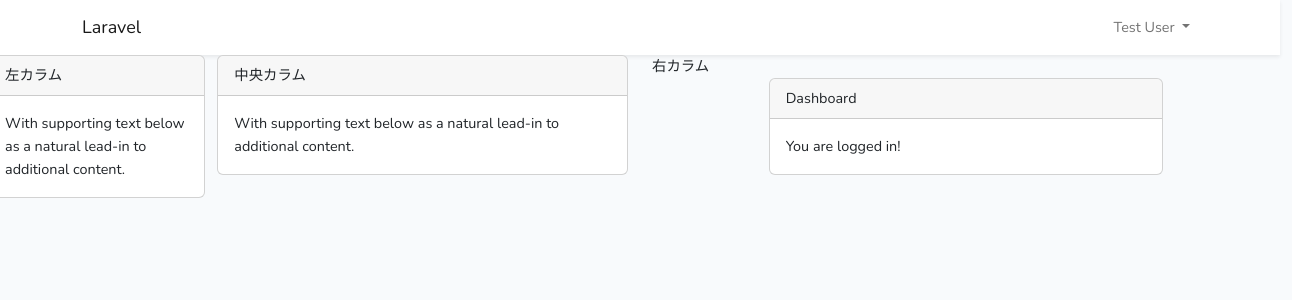
Repository: OkunoTaichi/laravel-simple-memo
Page: http://localhost/home
The author's editor kept a copy of each file at every save. The page is drawn from the files as they stood at one save, then again after the next save.
The browser window is 1280 px wide. The page is 1292 px wide, so the pictures cover 1292 px, including what lies to the right of the window. The pictures show the whole page.
The page is served by the project's Laravel application, run on PHP 8.4 with Laravel 8. A made-up administrator, Test User (test@example.com), is signed in. Other server files are loaded and not shown. Queries for data that is not in the repository find no rows.

Above is the page before, as saved 2022-11-09 18:47:04.

### app/Providers/AppServiceProvider.php
<?php

namespace App\Providers;

use Illuminate\Support\ServiceProvider;
use App\Models\Memo;

class AppServiceProvider extends ServiceProvider
{
    /**
     * Register any application services.
     *
     * @return void
     */
    public function register()
    {
        //
    }

    /**
     * Bootstrap any application services.
     *
     * @return void
     */
    public function boot()
    {
        // 全てのメソッドが呼ばれる前より先に呼ばれるメソッド
        view()->composer('*' , function($view){
            $memos = Memo::select('memos.*')
                ->where('user_id', '=' , \Auth::id())//ユーザーIDとログインしているIDが同じもので
                ->whereNull('deleted_at')//デリートの履歴がないもので
                ->orderBy('updated_at', 'DESC')//アップデートされた日時が新しいものから
                ->get();// DBに架空のデータを作成し、上記の項目が正しくできているか確認する。

            $view->with('memos', $memos);
        });

    }
}

### resources/views/layouts/app.blade.php
<!doctype html>
<html lang="{{ str_replace('_', '-', app()->getLocale()) }}">
<head>
    <meta charset="utf-8">
    <meta name="viewport" content="width=device-width, initial-scale=1">

    <!-- CSRF Token -->
    <meta name="csrf-token" content="{{ csrf_token() }}">

    <title>{{ config('app.name', 'Laravel') }}</title>

    <!-- Scripts -->
    <script src="{{ asset('js/app.js') }}" defer></script>

    <!-- Fonts -->
    <link rel="dns-prefetch" href="//fonts.gstatic.com">
    <link href="https://fonts.googleapis.com/css?family=Nunito" rel="stylesheet">

    <!-- Styles -->
    <link href="{{ asset('css/app.css') }}" rel="stylesheet">
</head>
<body>
    <div id="app">
        <nav class="navbar navbar-expand-md navbar-light bg-white shadow-sm">
            <div class="container">
                <a class="navbar-brand" href="{{ url('/') }}">
                    {{ config('app.name', 'Laravel') }}
                </a>
                <button class="navbar-toggler" type="button" data-bs-toggle="collapse" data-bs-target="#navbarSupportedContent" aria-controls="navbarSupportedContent" aria-expanded="false" aria-label="{{ __('Toggle navigation') }}">
                    <span class="navbar-toggler-icon"></span>
                </button>

                <div class="collapse navbar-collapse" id="navbarSupportedContent">
                    <!-- Left Side Of Navbar -->
                    <ul class="navbar-nav me-auto">

                    </ul>

                    <!-- Right Side Of Navbar -->
                    <ul class="navbar-nav ms-auto">
                        <!-- Authentication Links -->
                        @guest
                            @if (Route::has('login'))
                                <li class="nav-item">
                                    <a class="nav-link" href="{{ route('login') }}">{{ __('Login') }}</a>
                                </li>
                            @endif

                            @if (Route::has('register'))
                                <li class="nav-item">
                                    <a class="nav-link" href="{{ route('register') }}">{{ __('Register') }}</a>
                                </li>
                            @endif
                        @else
                            <li class="nav-item dropdown">
                                <a id="navbarDropdown" class="nav-link dropdown-toggle" href="#" role="button" data-bs-toggle="dropdown" aria-haspopup="true" aria-expanded="false" v-pre>
                                    {{ Auth::user()->name }}
                                </a>

                                <div class="dropdown-menu dropdown-menu-end" aria-labelledby="navbarDropdown">
                                    <a class="dropdown-item" href="{{ route('logout') }}"
                                       onclick="event.preventDefault();
                                                     document.getElementById('logout-form').submit();">
                                        {{ __('Logout') }}
                                    </a>

                                    <form id="logout-form" action="{{ route('logout') }}" method="POST" class="d-none">
                                        @csrf
                                    </form>
                                </div>
                            </li>
                        @endguest
                    </ul>
                </div>
            </div>
        </nav>

        <!-- 3カラムに変更 -->
        <main class="">
            <div class="row">
                <div class="col-md-2 p-0">
                    <div class="card">
                        <div class="card-header">左カラム</div>
                        <div class="card-body">
                            <p class="card-text">With supporting text below as a natural lead-in to additional content.</p>
                        </div>
                    </div>
                </div>
                <div class="col-md-4">
                    <div class="card">
                        <div class="card-header">中央カラム</div>
                        <div class="card-body">
                            <p class="card-text">With supporting text below as a natural lead-in to additional content.</p>
                        </div>
                    </div>
                </div>
                <div class="col-md-6">
                    右カラム
                    @yield('content')
                </div>
            </div>
        </main>
    </div>
</body>
</html>

Loaded but not shown: routes/web.php (common file); app/Http/Controllers/Auth/ConfirmPasswordController.php (common file); app/Http/Controllers/Controller.php (common file); app/Models/User.php (common file); app/Http/Controllers/HomeController.php (common file); app/Models/Memo.php (common file); resources/views/home.blade.php (common file); public/css/app.css (library)

After the next save:
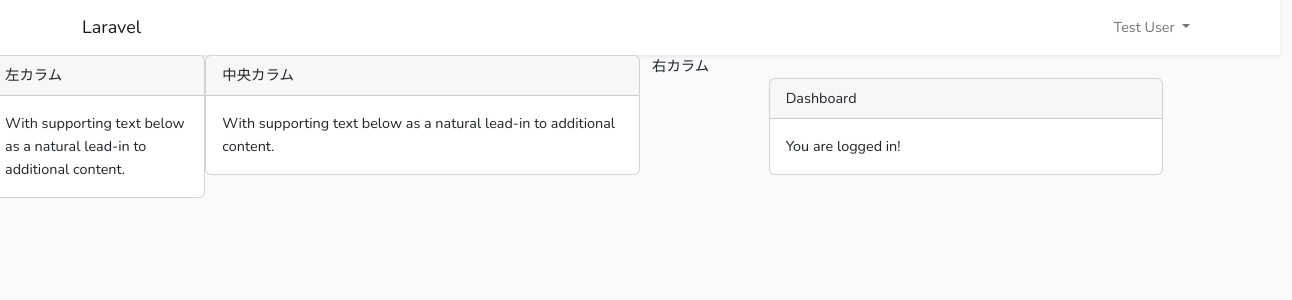
Saved 15 s later.
--- a/resources/views/layouts/app.blade.php
+++ b/resources/views/layouts/app.blade.php
@@ -86,7 +86,7 @@
                         </div>
                     </div>
                 </div>
-                <div class="col-md-4">
+                <div class="col-md-4 p-0">
                     <div class="card">
                         <div class="card-header">中央カラム</div>
                         <div class="card-body">
